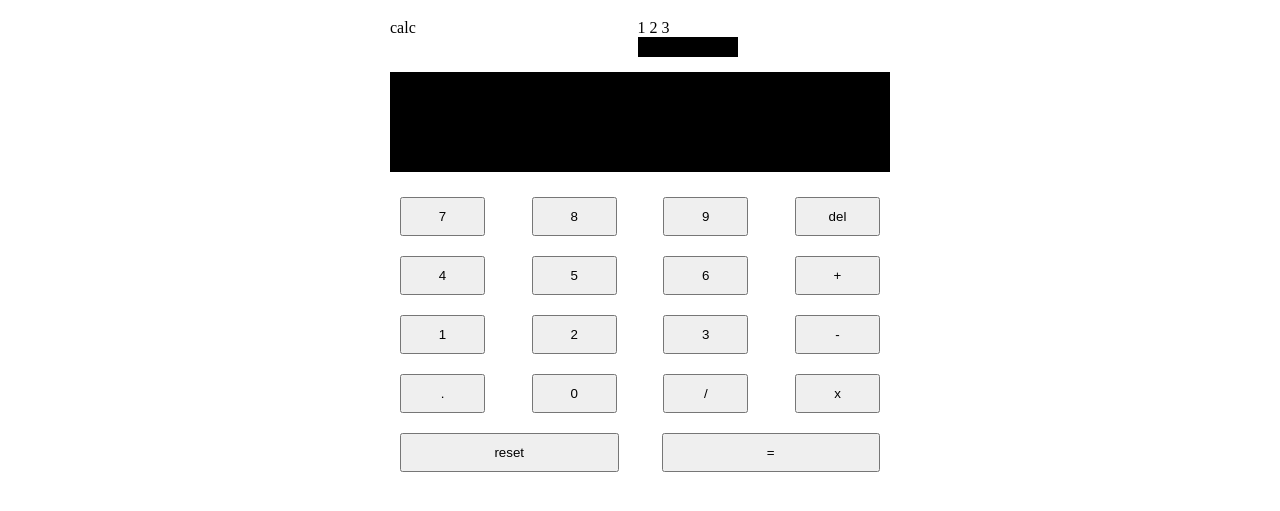
Repository: Eugene44-hub/basic-calculator
Page: index.html
The author's editor kept a copy of each file at every save. The page is drawn from the files as they stood at one save, then again after the next save.
The browser window is 1280 px wide. The pictures show the whole page.

Above is the page before, as saved 2021-10-01 14:41:12.
Console error: SyntaxError: Unexpected end of input

After the next save:
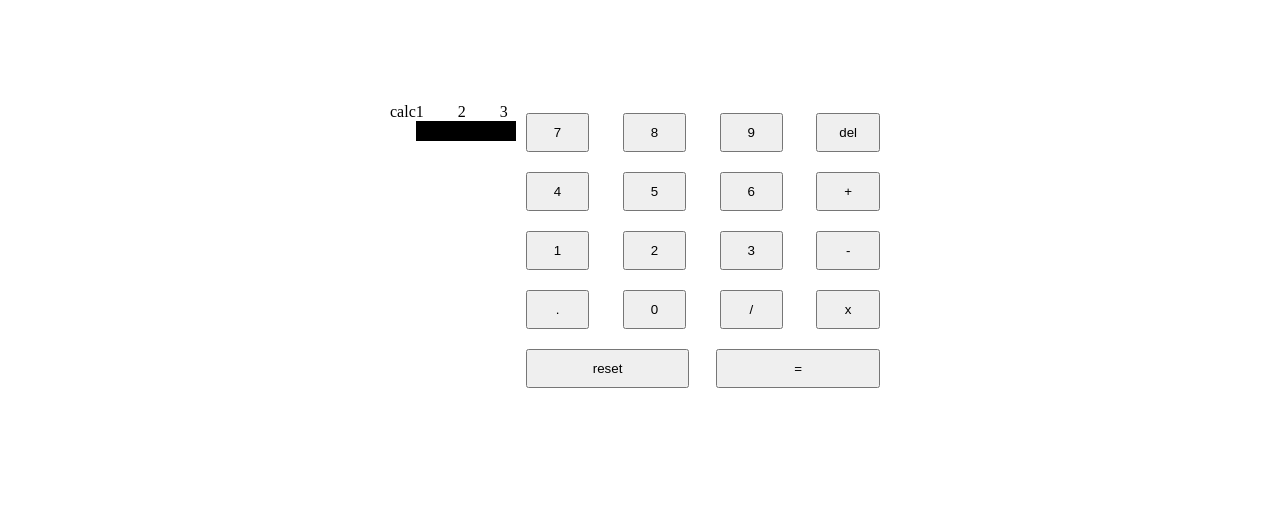
Saved 10 s later.
--- a/index.html
+++ b/index.html
@@ -15,39 +15,39 @@
         <div class="theme">
             <div class="header">calc</div>
             <div class="theme-number">
-                <div class="number-toggle"></div>
-                <span id="one">1</span>
-                <span id="two">2</span>
-                <span id="three">3</span>
-                <div class="toggle"></div>
+                <div class="number-toggle">
+                    <span id="one">1</span>
+                    <span id="two">2</span>
+                    <span id="three">3</span>
+                    <div class="toggle"></div>
+                </div>
+            </div>
+            <div class="output">
+
+            </div>
+            <div class="buttons">
+                <button id="number-button">7</button>
+                <button id="number-button">8</button>
+                <button id="number-button">9</button>
+                <button id="del-button">del</button>
+                <button id="number-button">4</button>
+                <button id="number-button">5</button>
+                <button id="number-button">6</button>
+                <button id="addition-button">+</button>
+                <button id="number-button">1</button>
+                <button id="number-button">2</button>
+                <button id="number-button">3</button>
+                <button id="minus-button">-</button>
+                <button id="dot-button">.</button>
+                <button id="number-button">0</button>
+                <button id="division-button">/</button>
+                <button id="multiply-button">x</button>
+                <button id="reset-button">reset</button>
+                <button id="equals-button">=</button>
             </div>
         </div>
-        <div class="output">
 
-        </div>
-        <div class="buttons">
-            <button id="number-button">7</button>
-            <button id="number-button">8</button>
-            <button id="number-button">9</button>
-            <button id="del-button">del</button>
-            <button id="number-button">4</button>
-            <button id="number-button">5</button>
-            <button id="number-button">6</button>
-            <button id="addition-button">+</button>
-            <button id="number-button">1</button>
-            <button id="number-button">2</button>
-            <button id="number-button">3</button>
-            <button id="minus-button">-</button>
-            <button id="dot-button">.</button>
-            <button id="number-button">0</button>
-            <button id="division-button">/</button>
-            <button id="multiply-button">x</button>
-            <button id="reset-button">reset</button>
-            <button id="equals-button">=</button>
-        </div>
-    </div>
-
-    <script src="app.js"></script>
+        <script src="app.js"></script>
 </body>
 
 </html>

After the save that followed:
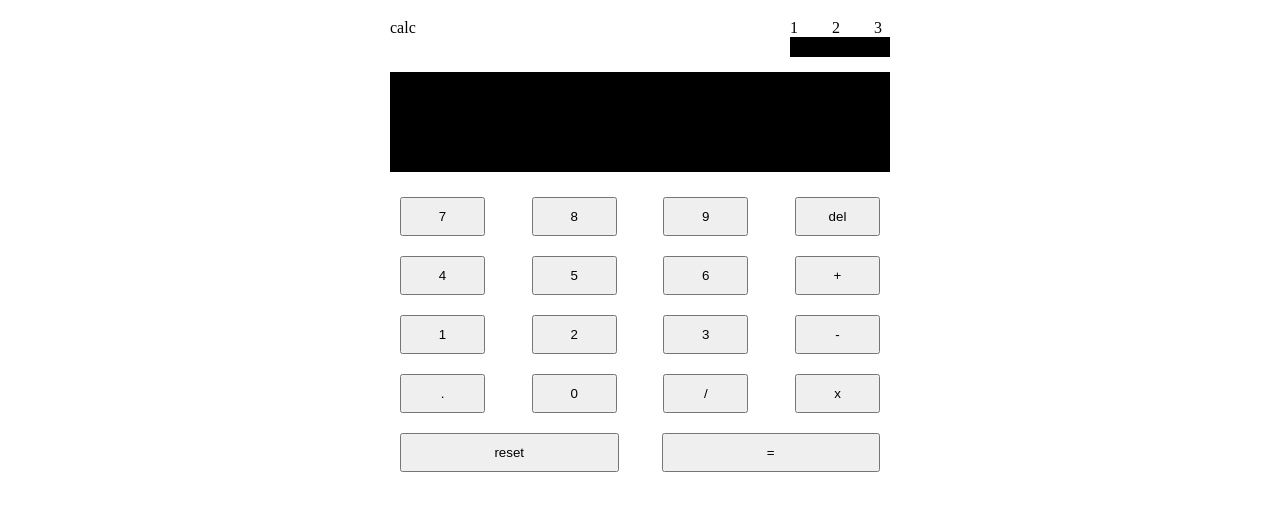
Saved 4 s later.
--- a/index.html
+++ b/index.html
@@ -22,32 +22,33 @@
                     <div class="toggle"></div>
                 </div>
             </div>
-            <div class="output">
+        </div>
+        <div class="output">
 
-            </div>
-            <div class="buttons">
-                <button id="number-button">7</button>
-                <button id="number-button">8</button>
-                <button id="number-button">9</button>
-                <button id="del-button">del</button>
-                <button id="number-button">4</button>
-                <button id="number-button">5</button>
-                <button id="number-button">6</button>
-                <button id="addition-button">+</button>
-                <button id="number-button">1</button>
-                <button id="number-button">2</button>
-                <button id="number-button">3</button>
-                <button id="minus-button">-</button>
-                <button id="dot-button">.</button>
-                <button id="number-button">0</button>
-                <button id="division-button">/</button>
-                <button id="multiply-button">x</button>
-                <button id="reset-button">reset</button>
-                <button id="equals-button">=</button>
-            </div>
         </div>
+        <div class="buttons">
+            <button id="number-button">7</button>
+            <button id="number-button">8</button>
+            <button id="number-button">9</button>
+            <button id="del-button">del</button>
+            <button id="number-button">4</button>
+            <button id="number-button">5</button>
+            <button id="number-button">6</button>
+            <button id="addition-button">+</button>
+            <button id="number-button">1</button>
+            <button id="number-button">2</button>
+            <button id="number-button">3</button>
+            <button id="minus-button">-</button>
+            <button id="dot-button">.</button>
+            <button id="number-button">0</button>
+            <button id="division-button">/</button>
+            <button id="multiply-button">x</button>
+            <button id="reset-button">reset</button>
+            <button id="equals-button">=</button>
+        </div>
+    </div>
 
-        <script src="app.js"></script>
+    <script src="app.js"></script>
 </body>
 
 </html>
